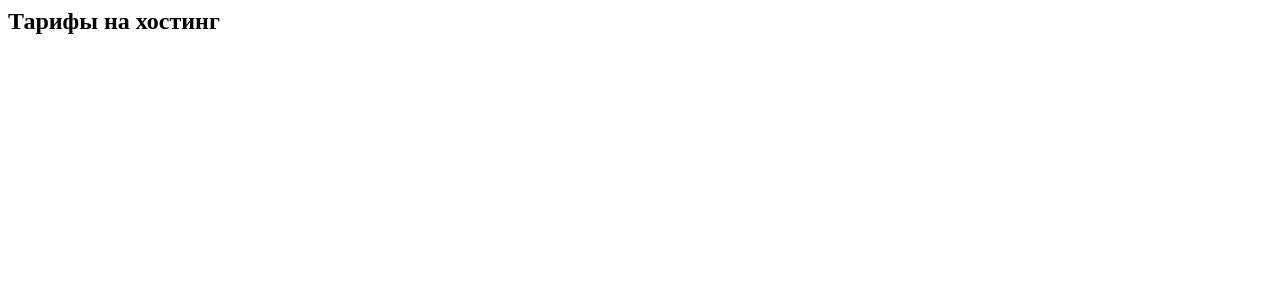
Repository: Inzhir2022/hosting
Page: src/_includes/_tariffs.html
These files come from the project's save history. The page is drawn as it stood at one moment and after the next save; the edit follows.
The browser window is 1280 px wide. The pictures show the whole page.

Above is the page before, as saved 2022-07-16 15:47:05.

### src/_includes/_tariffs.html
<section class="tariffs">
  <div class="container">
    <h2 class="tariffs__title">Тарифы на хостинг</h2>

  </div>
</section>

After the next save:
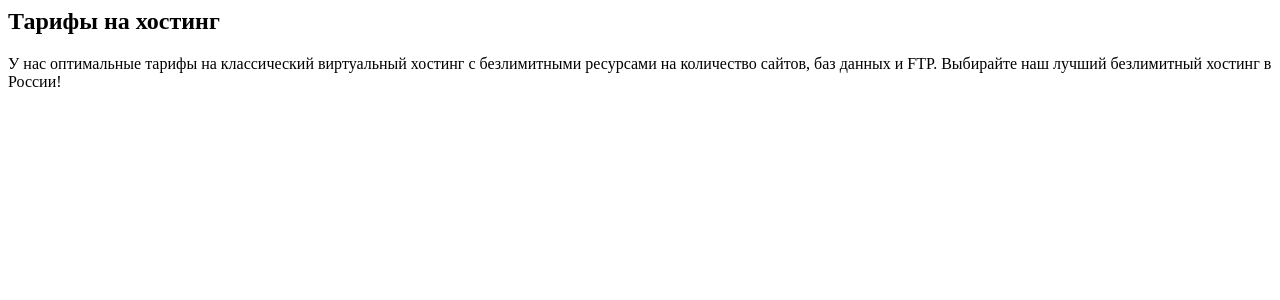
Saved 28 s later.
--- a/src/_includes/_tariffs.html
+++ b/src/_includes/_tariffs.html
@@ -1,6 +1,9 @@
 <section class="tariffs">
   <div class="container">
     <h2 class="tariffs__title">Тарифы на хостинг</h2>
-
+    <div class="tariffs_text">
+      У нас оптимальные тарифы на классический виртуальный хостинг с безлимитными ресурсами на количество сайтов, баз данных и FTP.
+      Выбирайте наш лучший безлимитный хостинг в России!
+    </div>
   </div>
 </section>
